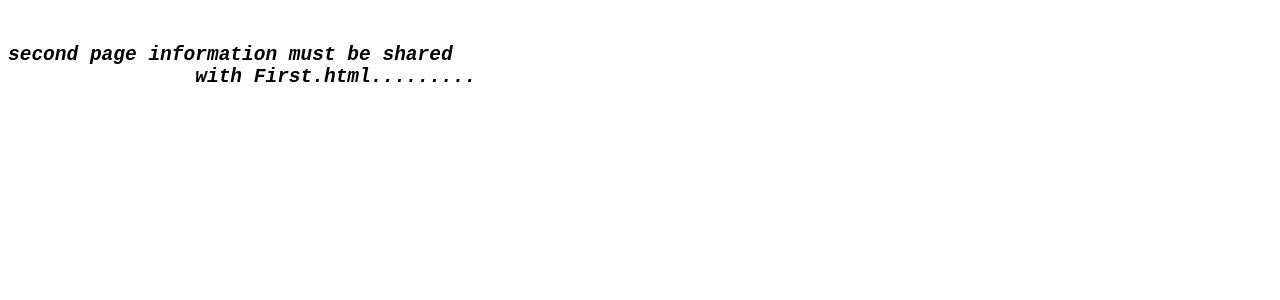
Repository: AJEET006/AdvanceJava-DSA
Page: ADVANCE_JAVA/FirstWebApp/WebContent/Secondpage.html
The author's editor kept a copy of each file at every save. The page is drawn from the files as they stood at one save, then again after the next save.
The browser window is 1280 px wide. The pictures show the whole page.

Above is the page before, as saved 2022-06-21 13:56:14.

After the next save:
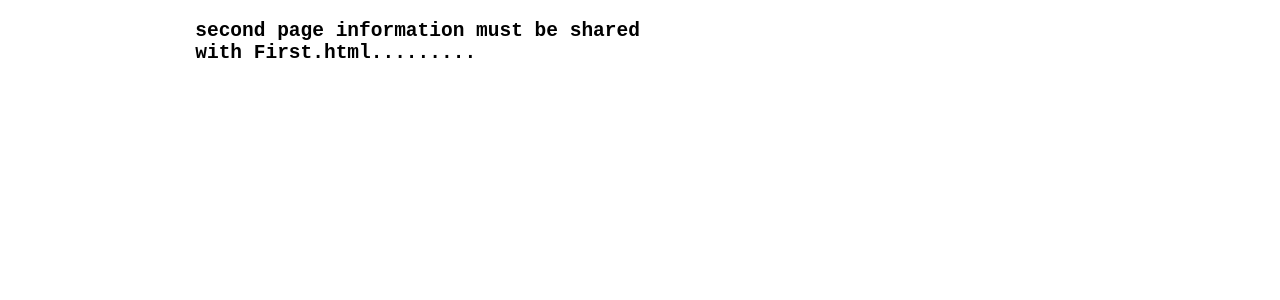
Saved 77 s later.
--- a/ADVANCE_JAVA/FirstWebApp/WebContent/Secondpage.html
+++ b/ADVANCE_JAVA/FirstWebApp/WebContent/Secondpage.html
@@ -5,9 +5,12 @@
 <title>Insert title here</title>
 </head>
 <body>
+	<h2>
 	<pre>
-		<h2><i>second page information must be shared
-		with First.html.........</i></h2>
+		second page information must be shared
+		with First.html.........
 	</pre>
+	</h2>
+
 </body>
 </html>
